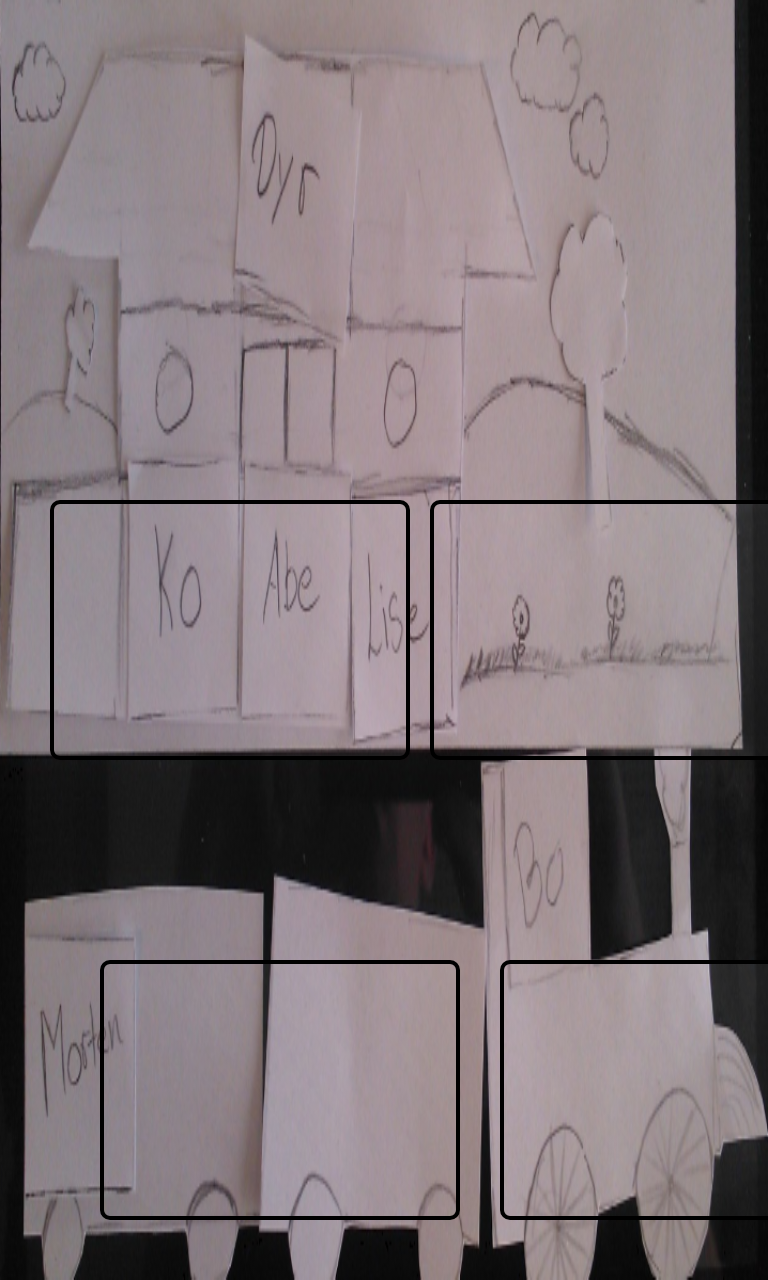
Repository: figa12/sw606f13
Layout: Source/backgroundTest/backgroundTest/res/layout/activity_main.xml
The author's editor kept a copy of each file at every save. The layout is drawn from the files as they stood at one save, then again after the next save.
It is drawn on a 768 x 1280 px phone screen (xhdpi) without system bars, with theme AppTheme; the app's code is not run.

Above is the layout before, as saved 2013-02-28 08:57:22.

### Source/backgroundTest/backgroundTest/res/layout/activity_main.xml
<?xml version="1.0" encoding="utf-8"?>
<AbsoluteLayout xmlns:android="http://schemas.android.com/apk/res/android"
    android:layout_width="match_parent"
    android:layout_height="match_parent"
    android:columnCount="3"
    android:columnWidth="300dp"
    android:orientation="vertical"
    android:rowCount="3"
    android:stretchMode="columnWidth"
    android:background="@drawable/pic" >

    <LinearLayout
        android:id="@+id/topleft"
        android:layout_width="180dp"
        android:layout_height="130dp"
        android:layout_x="25dp"
        android:layout_y="250dp"
        android:background="@drawable/shape"
        android:tag="1" >
    </LinearLayout>

    <LinearLayout
        android:id="@+id/LinearLayout02"
        android:layout_width="180dp"
        android:layout_height="130dp"
        android:layout_x="215dp"
        android:layout_y="250dp"
        android:background="@drawable/shape"
        android:tag="1" >

    </LinearLayout>

    <LinearLayout
        android:id="@+id/LinearLayout04"
        android:layout_width="180dp"
        android:layout_height="130dp"
        android:layout_x="404dp"
        android:layout_y="260dp"
        android:background="@drawable/shape"
        android:tag="1" >
    </LinearLayout>

    <LinearLayout
        android:id="@+id/LinearLayout05"
        android:layout_width="180dp"
        android:layout_height="130dp"
        android:layout_x="583dp"
        android:layout_y="260dp"
        android:background="@drawable/shape"
        android:tag="1" >
    </LinearLayout>

    <LinearLayout
        android:id="@+id/LinearLayout06"
        android:layout_width="180dp"
        android:layout_height="130dp"
        android:layout_x="404dp"
        android:layout_y="38dp"
        android:background="@drawable/shape"
        android:tag="1" >
    </LinearLayout>

    <LinearLayout
        android:id="@+id/topright"
        android:layout_width="180dp"
        android:layout_height="130dp"
        android:layout_x="250dp"
        android:layout_y="480dp"
        android:background="@drawable/shape"
        android:tag="2" >
    </LinearLayout>

    <LinearLayout
        android:id="@+id/LinearLayout07"
        android:layout_width="180dp"
        android:layout_height="130dp"
        android:layout_x="810dp"
        android:layout_y="400dp"
        android:background="@drawable/shape"
        android:tag="3" >
    </LinearLayout>

    <LinearLayout
        android:id="@+id/LinearLayout01"
        android:layout_width="180dp"
        android:layout_height="130dp"
        android:layout_x="450dp"
        android:layout_y="480dp"
        android:background="@drawable/shape"
        android:tag="3" >
    </LinearLayout>

    <LinearLayout
        android:id="@+id/bottomleft"
        android:layout_width="180dp"
        android:layout_height="130dp"
        android:layout_x="630dp"
        android:layout_y="480dp"
        android:background="@drawable/shape"
        android:tag="3" >
    </LinearLayout>

    <LinearLayout
        android:id="@+id/bottomright"
        android:layout_width="180dp"
        android:layout_height="130dp"
        android:layout_x="50dp"
        android:layout_y="480dp"
        android:background="@drawable/shape"
        android:tag="4" >
    </LinearLayout>

</AbsoluteLayout>

### Source/backgroundTest/backgroundTest/res/drawable/shape.xml
<?xml version="1.0" encoding="UTF-8"?>
<shape xmlns:android="http://schemas.android.com/apk/res/android"
    android:shape="rectangle" >

    <stroke
        android:width="2dp"
        android:color="#FF000000" />

    <gradient
        android:angle="225"
        android:startColor="#1Af8f8ff" />

    <corners
        android:bottomLeftRadius="4dp"
        android:bottomRightRadius="4dp"
        android:topLeftRadius="4dp"
        android:topRightRadius="4dp" />

</shape>

Loaded but not shown: Source/backgroundTest/backgroundTest/res/values/styles.xml (common file); Source/backgroundTest/backgroundTest/res/values-v11/styles.xml (common file); Source/backgroundTest/backgroundTest/res/values-v14/styles.xml (common file)

After the next save:
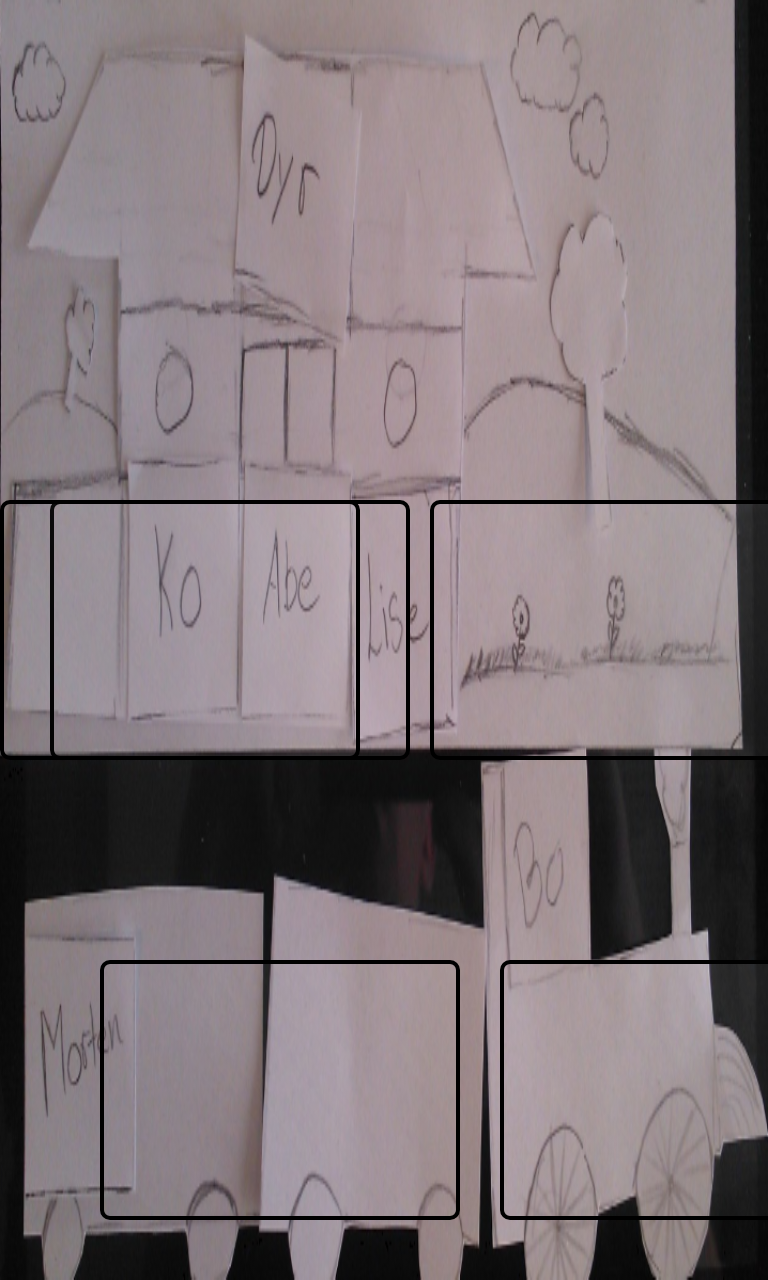
Saved 12 s later.
--- a/Source/backgroundTest/backgroundTest/res/layout/activity_main.xml
+++ b/Source/backgroundTest/backgroundTest/res/layout/activity_main.xml
@@ -34,8 +34,8 @@
         android:id="@+id/LinearLayout04"
         android:layout_width="180dp"
         android:layout_height="130dp"
-        android:layout_x="404dp"
-        android:layout_y="260dp"
+        android:layout_x="dp"
+        android:layout_y="250dp"
         android:background="@drawable/shape"
         android:tag="1" >
     </LinearLayout>

After the save that followed:
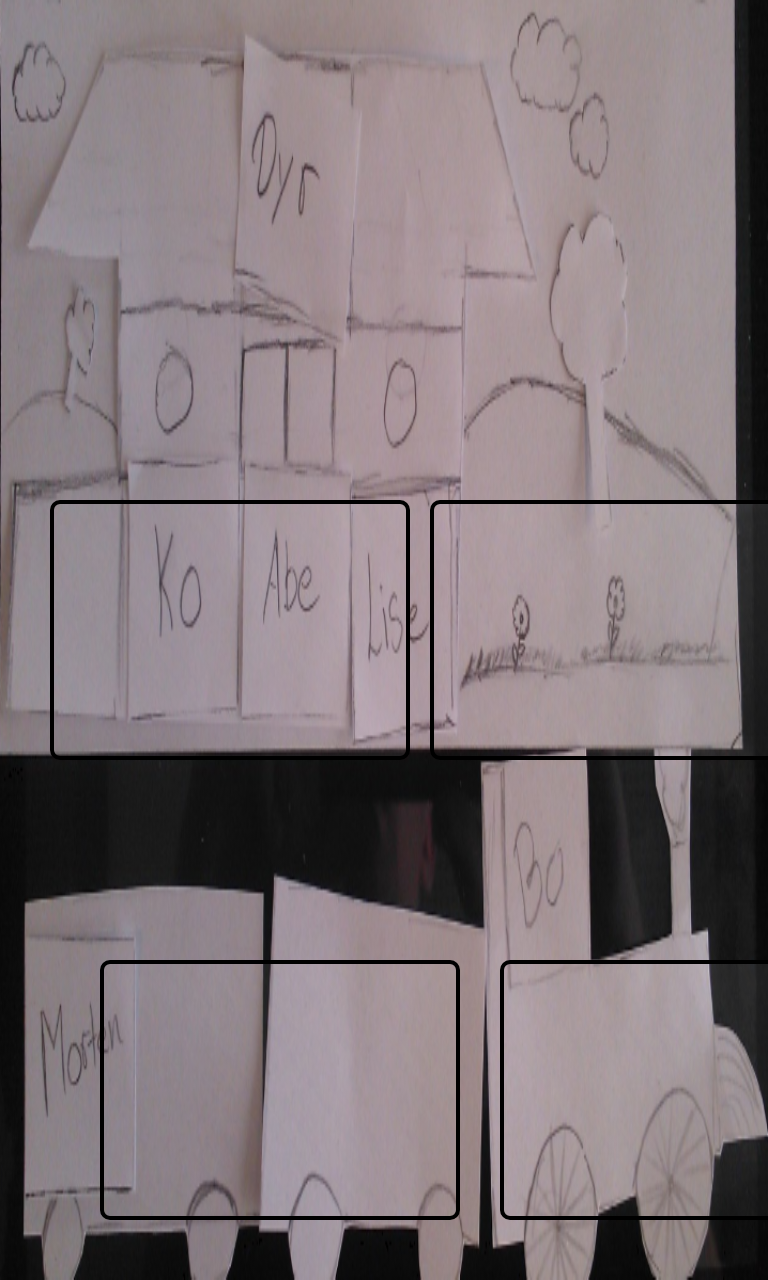
Saved 10 s later.
--- a/Source/backgroundTest/backgroundTest/res/layout/activity_main.xml
+++ b/Source/backgroundTest/backgroundTest/res/layout/activity_main.xml
@@ -34,7 +34,7 @@
         android:id="@+id/LinearLayout04"
         android:layout_width="180dp"
         android:layout_height="130dp"
-        android:layout_x="dp"
+        android:layout_x="405dp"
         android:layout_y="250dp"
         android:background="@drawable/shape"
         android:tag="1" >
